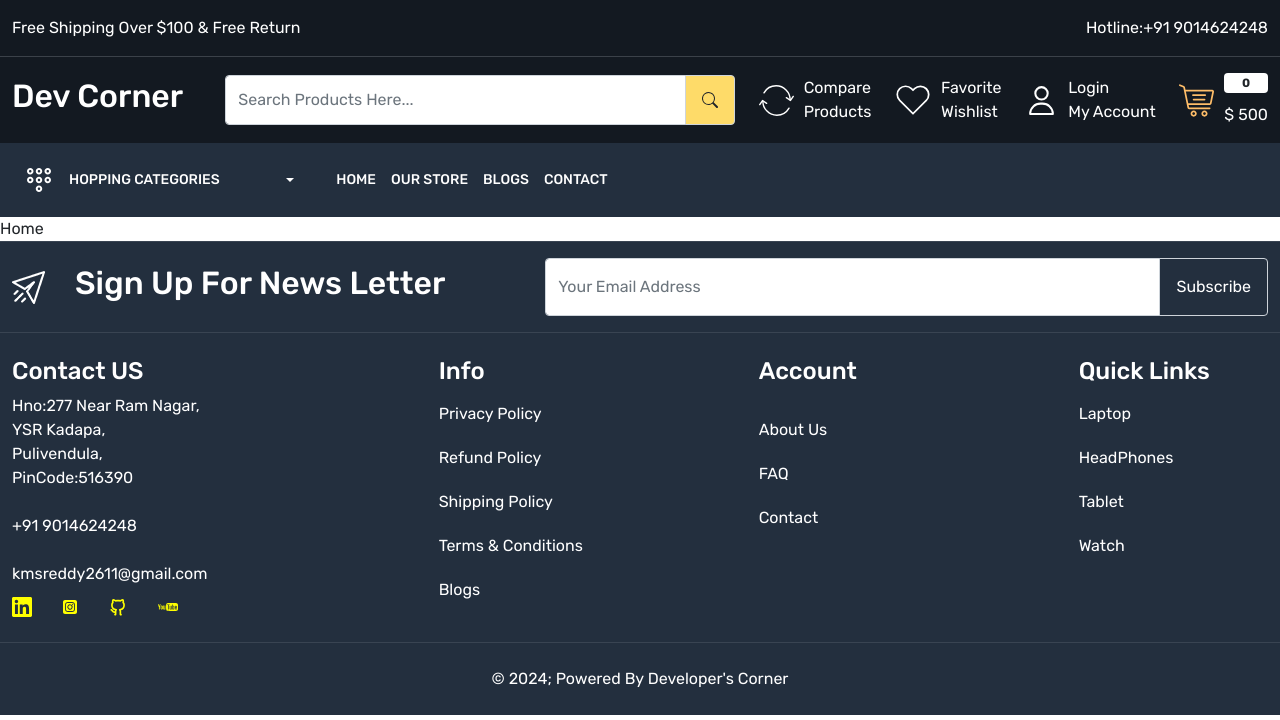
Repository: maniheist/ecommerce-app
Page: /
These files come from the project's save history. The page is drawn as it stood at one moment and after the next save; the edit follows.
The browser window is 1280 px wide. The pictures show the whole page.
The project was rebuilt for these pictures with package versions that can differ from the ones it lists, and the page was loaded fresh each time. Also part of the build but not shown: src/pages/About.js, src/pages/Contact.js.

Above is the page before, as saved 2024-02-18 16:58:05.

### public/index.html
<!DOCTYPE html>
<html lang="en">
  <head>
    <meta charset="utf-8" />
    <link rel="icon" href="%PUBLIC_URL%/favicon.ico" />
    <meta name="viewport" content="width=device-width, initial-scale=1" />
    <meta name="theme-color" content="#000000" />
    <meta
      name="description"
      content="Web site created using create-react-app"
    />
    <link rel="apple-touch-icon" href="%PUBLIC_URL%/logo192.png" />

    <link rel="preconnect" href="https://fonts.googleapis.com" />
    <link rel="preconnect" href="https://fonts.gstatic.com" crossorigin />
    <link
      href="https://fonts.googleapis.com/css2?family=Rubik:ital,wght@0,300..900;1,300..900&display=swap"
      rel="stylesheet"
    />
    <link
      href="https://cdn.jsdelivr.net/npm/bootstrap@5.0.2/dist/css/bootstrap.min.css"
      rel="stylesheet"
      integrity="sha384-EVSTQN3/azprG1Anm3QDgpJLIm9Nao0Yz1ztcQTwFspd3yD65VohhpuuCOmLASjC"
      crossorigin="anonymous"
    />
    <link rel="manifest" href="%PUBLIC_URL%/manifest.json" />

    <title>React Redux App</title>
  </head>
  <body>
    <noscript>You need to enable JavaScript to run this app.</noscript>
    <div id="root"></div>
    <script
      src="https://cdn.jsdelivr.net/npm/bootstrap@5.0.2/dist/js/bootstrap.bundle.min.js"
      integrity="sha384-MrcW6ZMFYlzcLA8Nl+NtUVF0sA7MsXsP1UyJoMp4YLEuNSfAP+JcXn/tWtIaxVXM"
      crossorigin="anonymous"
    ></script>
  </body>
</html>

### src/index.js
import React from 'react';
import { createRoot } from 'react-dom/client';

import App from './App';

const container = document.getElementById('root');
const root = createRoot(container);

root.render(

      <App />

);

### src/App.js
import React from 'react';
import './App.css';
import {BrowserRouter,Routes,Route} from "react-router-dom";
import Layout from "./components/Layout";
import Home from "./pages/Home"
import About from "./pages/About"
import Contact from "./pages/Contact"

function App() {
  return (
    <>
      <BrowserRouter>
        <Routes>
        <Route path="/" element={<Layout />}>
<Route index element={<Home />} />
<Route path="about" element={<About />}/>
<Route path="contact" element={<Contact />}/>


        </Route>

        </Routes>
      </BrowserRouter>
    </>

  );
}

export default App;

### src/App.css
*{
  margin:0;
  padding:0;
  box-sizing:border-box;
}
:root{
  --color-131921:#131921;
  --color-3b4149:#3b4149;
--color-febd69:#fedb69;
--color-232f3e:#232f3e;

}
body {
  font-family:"Rubik", sans-serif;
}
a {
  text-decoration:none;
  display:inline-block;
}

.form-control:focus{
  box-shadow:none;
  border-color: inherit;
}

/*header part*/
.header-top-strip{
  border-bottom: 1px solid var(--color-3b4149);
  background-color:var(--color-131921) ;
}

.header-upper{
  background-color: var(--color-131921);
}

.header-bottom{
  background-color: var(--color-232f3e);
}

.header-upper .input-group-text{
  background-color: var(--color-febd69);
}

.header-upper.header-upper-links img{
  width:35px;
  height: 35px;
}

.gap-10{
  gap: 10px;
}

.gap-15{
  gap: 15px;
}

.gap-30{
  gap: 30px;
}
.header-bottom .menu-links a,
.header-bottom .dropdown button
{
  color: white;
  font-size: 14px;
  line-height: 18px;
  font-weight: 480;
  letter-spacing:0.3;
  text-transform: uppercase;
}

.header-bottom .dropdown button:focus{
  box-shadow: none;
}

.header-bottom .dropdown-menu{
  background-color: var(--color-131921);
  width:100%;
  transform: translate3d(0px,57px,0px) !important;
}

.header-bottom .dropdown-item{
  padding:20px;
  margin-bottom: 3px;
  border-bottom: 1px solid var(--color-3b4149)
  ;

}
.header-bottom .dropdown-item:hover{
  background-color: transparent;
  color: var(--color-febd69) !important;
}
/*header part end */


/*footer part  */

footer{
  background-color: var(--color-232f3e);
}



footer:not(:first-child){
  border-top:1px solid rgba(255,255,255,0.1);

}

footer .input-group-text{
  background-color: var(--color-232f3e);
  color:white;
  padding:8px 17px;
}
/* footer part end */

### src/components/Layout.js
import React from 'react'
import {Outlet} from "react-router-dom";
import Header from "./Header";
import Footer from "./Footer";
const Layout = () => {
  return (
    <>
            <Header />
            <Outlet />
            <Footer />

    </>
  )
}

export default Layout

### src/components/Header.js
import React from 'react'
import {NavLink,Link} from "react-router-dom"
import {BsSearch} from "react-icons/bs"
const Header = () => {
  return <>
  <header className='header-top-strip py-3'>
    <div className='container-xxl'>
      <div className='row'>
        <div className='col-6'>
          <p className='text-white mb-0'>Free Shipping Over $100 & Free Return</p>
        </div>
        <div className='col-6'>
          <p className='text-end text-white mb-0'>
            Hotline:
            <a className='text-white' href='tel:+9014624248'>+91 9014624248</a>
          </p>
        </div>
      </div>
    </div>
  </header>
  <header className='header-upper py-3'>
    <div className='container-xxl'>
      <div className='row align-items-center'>
        <div className='col-2'>
          <h2><Link className='text-white'>
            Dev Corner
          </Link></h2>
        </div>
        <div className='col-5'>
          <div className="input-group">
  <input type="text" className="form-control py-2" placeholder="Search Products Here..." aria-label="Search Products Here..." aria-describedby="basic-addon2"/>
  <span className="input-group-text p-3" id="basic-addon2"><BsSearch className='fs-6' /></span>
</div>
        </div>
        <div className='col-5'>
          <div className='header-upper-links d-flex align-items-center justify-content-between'>
            <div>
              <Link className='d-flex align-items-center gap-10 text-white'>
              <img src="/images/compare.svg" alt='compare' />
                <p className='mb-0'>Compare <br /> Products</p>
              </Link>
            </div>
            <div>
              <Link className='d-flex align-items-center gap-10 text-white'>
              <img src="/images/wishlist.svg" alt='wishlist' />
                <p className='mb-0'>Favorite <br /> Wishlist</p>
              </Link>
            </div>
            <div>
              <Link className='d-flex align-items-center gap-10 text-white'>
              <img src="/images/user.svg" alt='user' />
                <p className='mb-0'>Login <br /> My Account</p>
              </Link>
            </div>
            <div>
              <Link className='d-flex align-items-center gap-10 text-white'>
            <img src="/images/cart.svg" alt='cart' />
                <div className='d-flex flex-column gap-10'>
                <span className='badge bg-white text-dark'>0</span>
                <p className='mb-0'>$ 500</p>

                </div>
              </Link>
            </div>
          </div>
        </div>
      </div>
    </div>
  </header>
<header className='header-bottom py-3'>
  <div className='container-xxl'>
    <div className='row'>
      <div className='col-12'>
        <div className='menu-bottom d-flex align-items-center gap-30'>
        <div>
          <div className="dropdown">
  <button className="btn btn-secondary dropdown-toggle bg-transparent border-0 gap-15 d-flex align-items-center" type="button" id="dropdownMenuButton1" data-bs-toggle="dropdown" aria-expanded="false">
    <img src="images/menu.svg" alt=""/><span className='me-5 d-inline-blocto'>hopping Categories</span>
  </button>
  <ul className="dropdown-menu" aria-labelledby="dropdownMenuButton1">
    <li><to className="dropdown-item text-white" to="">Pants</to></li>
    <li><to className="dropdown-item text-white" to="">Shirts</to></li>
    <li><to className="dropdown-item text-white" to="">Shorts</to></li>
  </ul>
</div>
        </div>
        <div className='menu-links'>
          <div className='d-flex align-items-center gap-15'>
            <NavLink className='text-white' to="/">Home</NavLink>
            <NavLink className='text-white' to="/">Our Store</NavLink>
            <NavLink className='text-white' to="/">Blogs</NavLink>
            <NavLink className='text-white' to="/contact">Contact</NavLink>
          </div>
        </div>

        </div>
      </div>
    </div>
  </div>
</header>


  </>
}

export default Header

### src/components/Footer.js

import React from 'react'
import { SiLinkedin } from "react-icons/si";
import { RiGithubLine } from "react-icons/ri";
import { ImYoutube2 } from "react-icons/im";
import { FaSquareInstagram } from "react-icons/fa6";
import {Link} from 'react-router-dom';
const Footer = () => {
  return <>
    <footer className='py-3'>
        <div className='container-xxl'>
            <div className='row align-items-center'>
                <div className='col-5'>
                    <div className='footer-top-data d-flex gap-30 align-items-center'>
                        <img src="images/newsletter.png" alt="newsletter" />
                        <h2 className='text-white'>Sign Up For News Letter</h2>
                    </div>
                </div>
                <div className='col-7'>
                    <div className="input-group">
  <input type="text" className="form-control py-1" placeholder="Your Email Address" aria-label="Your Email Address..." aria-describedby="basic-addon2"/>
  <span className="input-group-text p-3" id="basic-addon2">Subscribe</span>
</div>
                </div>
            </div>
        </div>
    </footer>
    <footer className='py-4'>
        <div className='container-xxl'>
            <div className="row">
                <div className='col-4'>
                <h4 className="text-white">Contact US</h4>
                <div>
                    <address className='text-white fs-6'>Hno:277 Near Ram Nagar,
                    <br />YSR Kadapa, <br />Pulivendula,<br />PinCode:516390</address>

                    <a href='tel:+91 9014624248' className='mt-4 d-block mb-2 text-white'>+91 9014624248</a>
                    <a href='mailto:kmsreddy2611@gmail.com' className='mt-4 d-block mb-2 text-white'>kmsreddy2611@gmail.com</a>
                    <div className='social_icons d-flex align-items-center gap-30'>
                    <a className="text-white" href=''>
                    <SiLinkedin className='fs-5' color="yellow"/>
                    </a>
                    <a className="text-white" href=''>
                    <FaSquareInstagram className='fs-7' color='yellow'/>
                    </a>

                    <a className="text-white" href=''>
                    <RiGithubLine className='fs-5' color='yellow'/>

                    </a>
                    <a className="text-white" href=''>
                    <ImYoutube2  className='fs-5' color="yellow"/>
                    </a>

                    </div>

                </div>
                </div>
                <div className='col-3'>
                <h4 className="text-white md-4">Info</h4>
                <div className='footer-links d-flex flex-column'>
                    <Link className="text-white py-2 mb-1">Privacy Policy</Link>
                    <Link className="text-white py-2 mb-1">Refund Policy</Link>
                    <Link className="text-white py-2 mb-1">Shipping Policy</Link>
                    <Link className="text-white py-2 mb-1">Terms & Conditions</Link>
                    <Link className="text-white py-2 mb-1">Blogs</Link>
                </div>
                </div>
                <div className='col-3'>
                <h4 className="text-white mb-4">Account</h4>
                <div className='footer-links d-flex flex-column'>
                    <Link className="text-white py-2 mb-1">About Us</Link>
                    <Link className="text-white py-2 mb-1">FAQ</Link>
                    <Link className="text-white py-2 mb-1">Contact</Link>
                </div>
                </div>
                <div className='col-2'>
                <h4 className="text-white">Quick Links</h4>
                <div className='footer-links d-flex flex-column'>
                    <Link className="text-white py-2 mb-1">Laptop</Link>
                    <Link className="text-white py-2 mb-1">HeadPhones</Link>
                    <Link className="text-white py-2 mb-1">Tablet</Link>
                    <Link className="text-white py-2 mb-1">Watch</Link>
                </div>
                </div>
            </div>
        </div>
    </footer>
    <footer className='py-4'>
        <div className='container-xxl'>
            <div className='row'>
                <div className='col-12'>
                <p className='text-center mb-0 text-white'>&copy; { new Date().getFullYear()}; Powered By Developer's Corner</p>

                </div>
            </div>
        </div>
    </footer>
  </>


}

export default Footer

Loaded but not shown: src/pages/Home.js (common file)

After the next save:
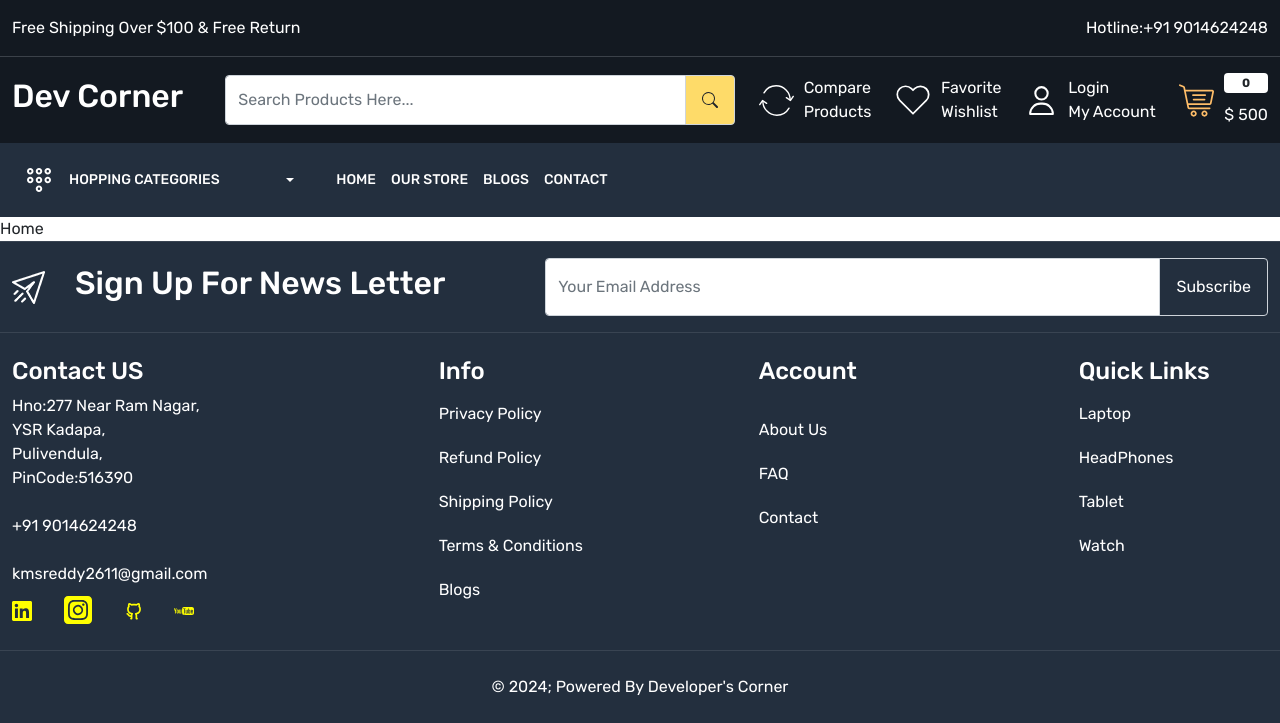
Saved 9 s later.
--- a/src/components/Footer.js
+++ b/src/components/Footer.js
@@ -41,7 +41,7 @@
                     <SiLinkedin className='fs-5' color="yellow"/>
                     </a>
                     <a className="text-white" href=''>
-                    <FaSquareInstagram className='fs-7' color='yellow'/>
+                    <FaSquareInstagram className='fs-2' color='yellow'/>
                     </a>
 
                     <a className="text-white" href=''>
